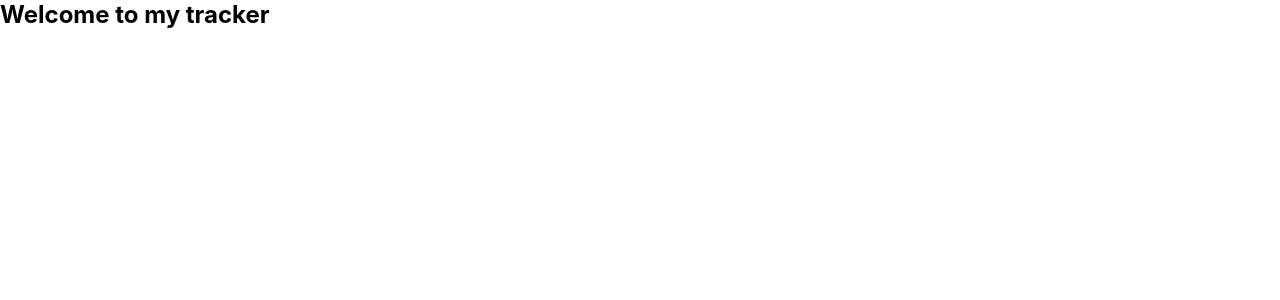
Repository: exiled-kal/2OnProcess
Page: /
An editor plug-in stored every save of this project. The page is shown before and after a run of saves, followed by the edit.
The browser window is 1280 px wide. The pictures show the whole page.
The project was rebuilt for these pictures with package versions that can differ from the ones it lists, and the page was loaded fresh each time.

Above is the page before, as saved 2020-08-16 16:48:08.

### src/index.css


body {
  margin: 0;
  font-family: -apple-system, BlinkMacSystemFont, 'Segoe UI', 'Roboto', 'Oxygen',
    'Ubuntu', 'Cantarell', 'Fira Sans', 'Droid Sans', 'Helvetica Neue',
    sans-serif;
  -webkit-font-smoothing: antialiased;
  -moz-osx-font-smoothing: grayscale;
}

code {
  font-family: source-code-pro, Menlo, Monaco, Consolas, 'Courier New',
    monospace;
}

### src/App.js
import React from 'react';
import './App.css';

function App() {
  return (
    <div className="app">
      <h2>Welcome to my tracker</h2>

      {/* Header */}
      {/* Title + Select input dropdown */}

      {/* Infoboxes */}
      {/* Infoboxes */}
      {/* Infoboxes */}
      {/* Infoboxes */}

      {/* Table */}
      {/* Graph */}

      {/* Map */}
    </div>
  );
}

export default App;

Loaded but not shown: public/index.html (common file); src/index.js (common file); src/serviceWorker.js (common file); src/App.css (common file)

After the next 2 saves:
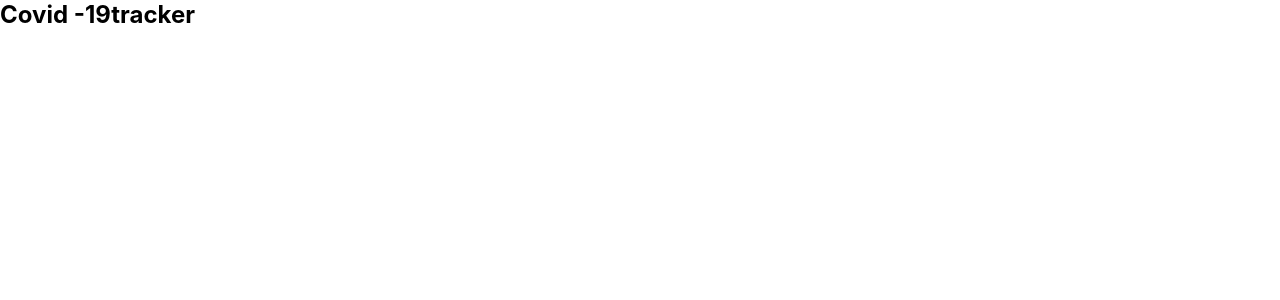
The 2 saves are shown as one change because they came seconds apart.
The last was saved 5 h 14 min later.
--- a/src/App.js
+++ b/src/App.js
@@ -4,7 +4,7 @@ import './App.css';
 function App() {
   return (
     <div className="app">
-      <h2>Welcome to my tracker</h2>
+      <h2>Covid -19tracker</h2>
 
       {/* Header */}
       {/* Title + Select input dropdown */}
